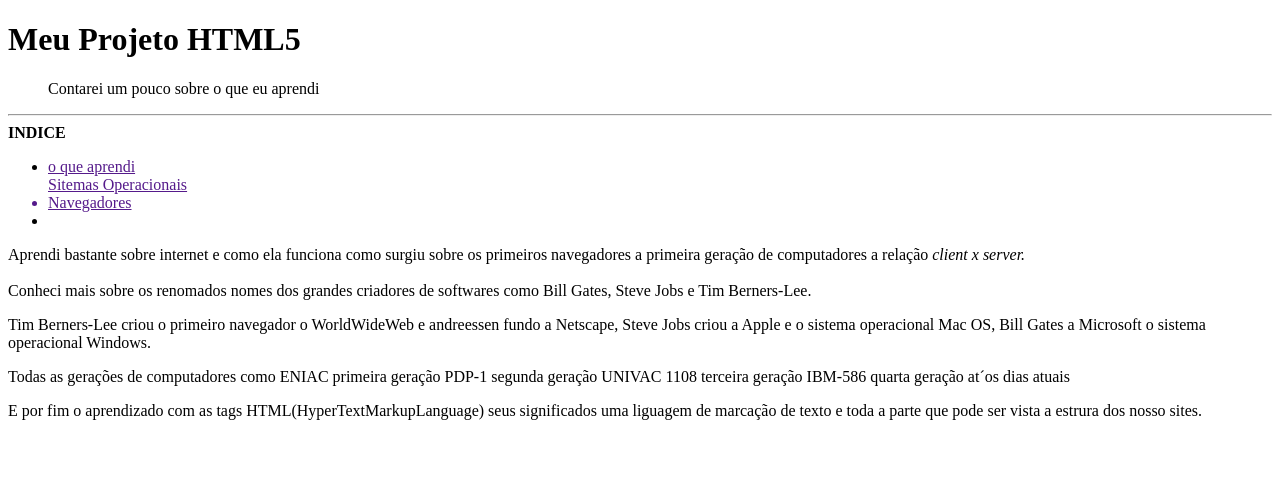
Repository: gustavotwist/meu-html
Page: index.html
These files come from the project's save history. The page is drawn as it stood at one moment and after the next save; the edit follows.
The browser window is 1280 px wide. The pictures show the whole page.

Above is the page before, as saved 2024-04-24 22:29:17.

### index.html
<!DOCTYPE html>
<html lang="pt-br">
<head>
    <meta charset="UTF-8">
    <meta name="viewport" content="width=device-width, initial-scale=1.0">
    <title>Projeto HTML</title>
</head>
<body>
    <h1>Meu Projeto HTML5</h1>
    <blockquote>Contarei um pouco sobre o que eu aprendi</blockquote><hr>
    <strong>INDICE</strong>
    <ul>
        <li><a href="">o que aprendi</a></li>
        <a href=""<li>Sitemas Operacionais</li><li>Navegadores</li></a>
        <li></li>
    </ul>

    <p>Aprendi bastante sobre internet e como ela funciona como surgiu sobre os primeiros navegadores a primeira geração de computadores a relação <i>client x server.</i><br><br> Conheci mais sobre os renomados nomes dos grandes criadores de softwares como Bill Gates, Steve Jobs e Tim Berners-Lee.</p>
    <p>Tim Berners-Lee criou o primeiro navegador o WorldWideWeb e andreessen fundo a Netscape, Steve Jobs criou a Apple e o sistema operacional Mac OS, Bill Gates a Microsoft o sistema operacional Windows.</p>
    <p>Todas as gerações de computadores como ENIAC primeira geração PDP-1 segunda geração UNIVAC 1108 terceira geração IBM-586 quarta geração at´os dias atuais</p>
    <p>E por fim o aprendizado com as tags HTML(HyperTextMarkupLanguage) seus significados uma liguagem de marcação de texto e toda a parte que pode ser vista a estrura dos nosso sites.</p>


</body>
</html>

After the next save:
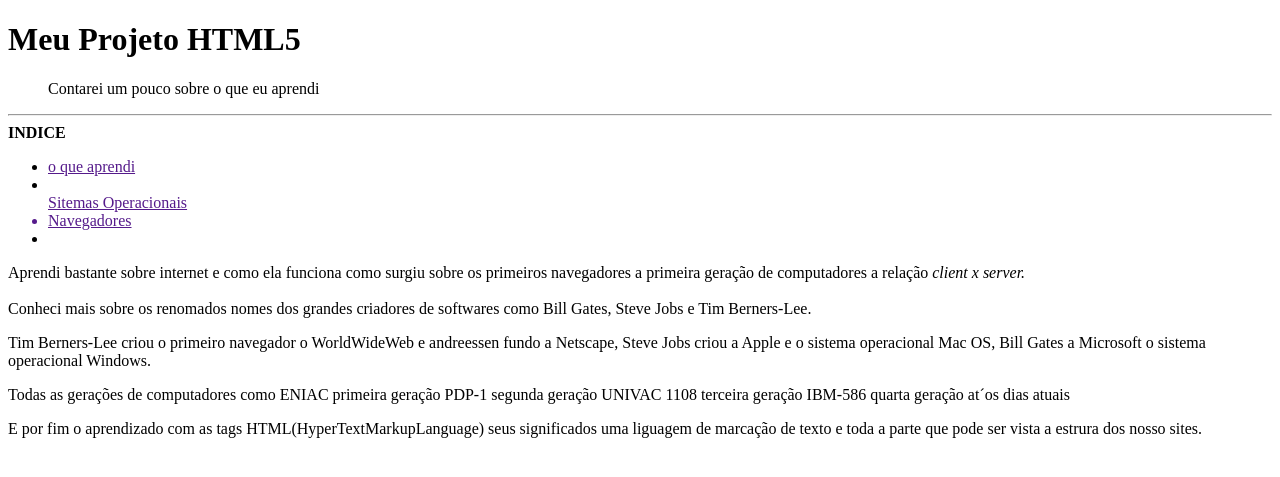
Saved 10 s later.
--- a/index.html
+++ b/index.html
@@ -11,7 +11,7 @@
     <strong>INDICE</strong>
     <ul>
         <li><a href="">o que aprendi</a></li>
-        <a href=""<li>Sitemas Operacionais</li><li>Navegadores</li></a>
+        <li></li><a href=""<li>Sitemas Operacionais</li><li>Navegadores</li></a>
         <li></li>
     </ul>
 

After the save that followed:
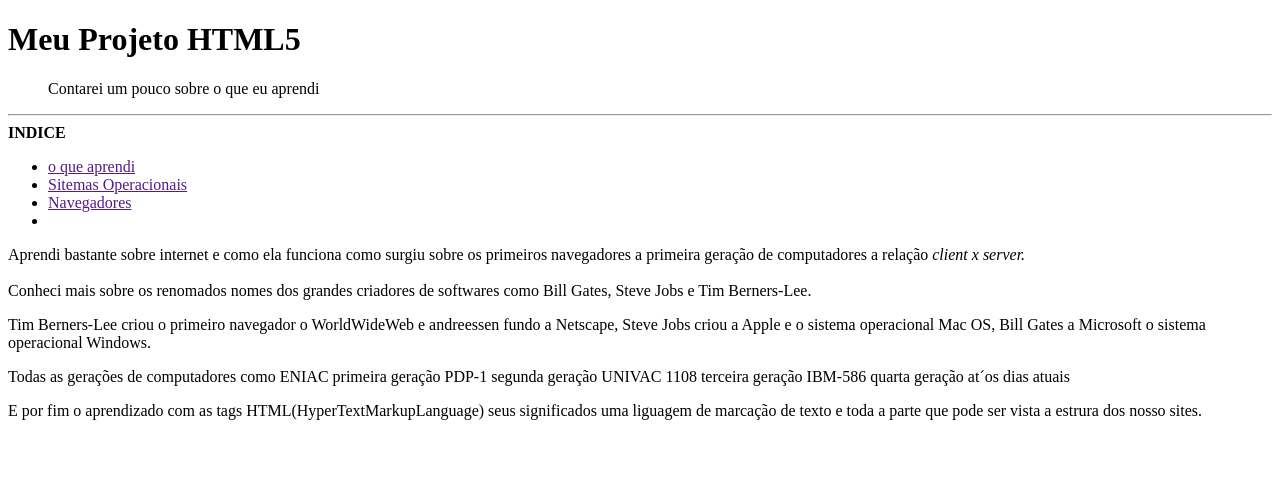
Saved 8 s later.
--- a/index.html
+++ b/index.html
@@ -11,7 +11,7 @@
     <strong>INDICE</strong>
     <ul>
         <li><a href="">o que aprendi</a></li>
-        <li></li><a href=""<li>Sitemas Operacionais</li><li>Navegadores</li></a>
+        <li><a href=""<li>Sitemas Operacionais</li><li>Navegadores</li></a>
         <li></li>
     </ul>
 
